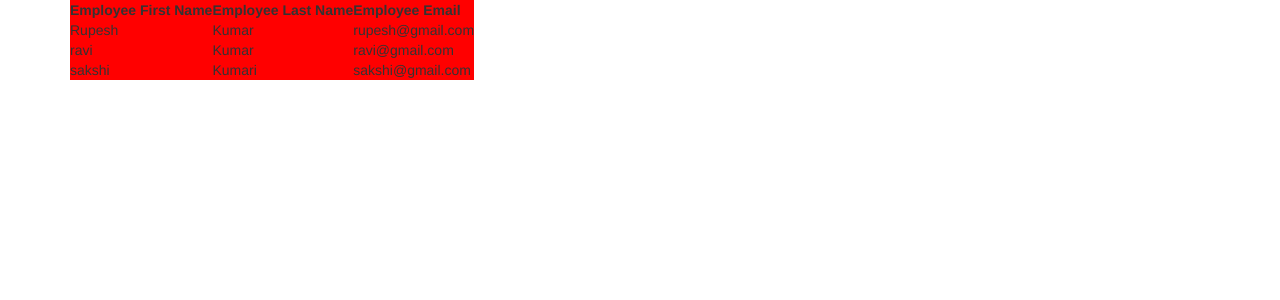
Repository: jha6435/phase3Revision
Page: http://localhost/add-bootstrap
An editor plug-in stored every save of this project. The page is shown before and after the next save, followed by the edit.
The browser window is 1280 px wide. The pictures show the whole page.
The page is this project's Thymeleaf template; nobody is signed in. The template is opened directly, without the code that normally fills it, so the values that code supplies are empty.

Above is the page before, as saved 2023-07-03 15:31:07.

After the next save:
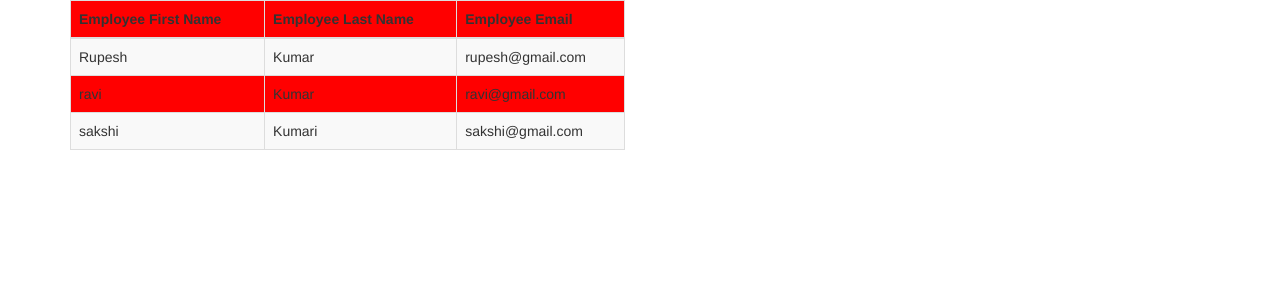
Saved 28 s later.
--- a/Thtmeleaf_Demo1/src/main/resources/templates/add-bootstrap.html
+++ b/Thtmeleaf_Demo1/src/main/resources/templates/add-bootstrap.html
@@ -13,7 +13,7 @@ crossorigin="anonymous">
 <div class="container">
 	<div class="row">
 		<div class="col-md-6">
-			<table>
+			<table class="table table-responsive table-bordered table-striped">
 					<thead>
 							<tr>
 							<th>Employee First Name</th>
